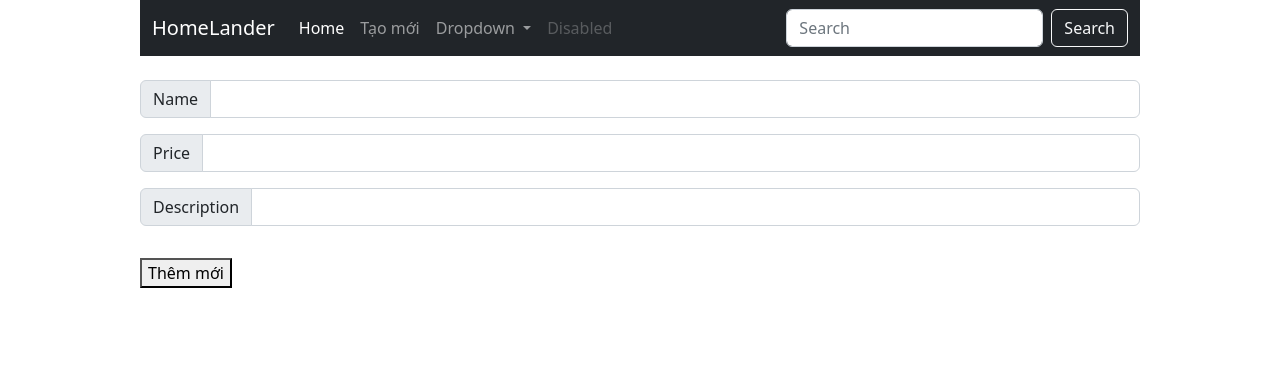
Repository: nguyenhung50497/MD3_CRUD-2Table
Page: src/views/create.html
An editor plug-in stored every save of this project. The page is shown before and after a run of saves, followed by the edit.
The browser window is 1280 px wide. The pictures show the whole page.

Above is the page before, as saved 2022-12-28 15:36:01.

### src/views/create.html
<!doctype html>
<html lang="en">
  <head>
    <meta charset="utf-8">
    <meta name="viewport" content="width=device-width, initial-scale=1">
    <title>Home</title>
    <link href="https://cdn.jsdelivr.net/npm/bootstrap@5.2.3/dist/css/bootstrap.min.css" rel="stylesheet" integrity="sha384-rbsA2VBKQhggwzxH7pPCaAqO46MgnOM80zW1RWuH61DGLwZJEdK2Kadq2F9CUG65" crossorigin="anonymous">
  </head>
  <body>
    <div class="container" style="width: 80%;">
      <nav class="navbar navbar-dark bg-dark navbar-expand-lg">
        <div class="container-fluid">
          <a class="navbar-brand" href="/home">HomeLander</a>
          <button class="navbar-toggler" type="button" data-bs-toggle="collapse" data-bs-target="#navbarSupportedContent" aria-controls="navbarSupportedContent" aria-expanded="false" aria-label="Toggle navigation">
            <span class="navbar-toggler-icon"></span>
          </button>
          <div class="collapse navbar-collapse" id="navbarSupportedContent">
            <ul class="navbar-nav me-auto mb-2 mb-lg-0">
              <li class="nav-item">
                <a class="nav-link active" aria-current="page" href="/home">Home</a>
              </li>
              <li class="nav-item">
                <a class="nav-link" href="/create">Tạo mới</a>
              </li>
              <li class="nav-item dropdown">
                <a class="nav-link dropdown-toggle" href="#" role="button" data-bs-toggle="dropdown" aria-expanded="false">
                  Dropdown
                </a>
                <ul class="dropdown-menu">
                  <li><a class="dropdown-item" href="#">Action</a></li>
                  <li><a class="dropdown-item" href="#">Another action</a></li>
                  <li><hr class="dropdown-divider"></li>
                  <li><a class="dropdown-item" href="#">Something else here</a></li>
                </ul>
              </li>
              <li class="nav-item">
                <a class="nav-link disabled">Disabled</a>
              </li>
            </ul>
            <form class="d-flex" role="search" method="post">
              <input class="form-control me-2" name="search" type="search" placeholder="Search" aria-label="Search">
              <button class="btn btn-outline-light" type="submit">Search</button>
            </form>
          </div>
        </div>
      </nav>
      <br>
      <form action="/create" method="post">
        <div class="input-group mb-3">
          <span class="input-group-text" id="inputGroup-sizing-default">Name</span>
          <input type="text" name="name" class="form-control" aria-label="Sizing example input" aria-describedby="inputGroup-sizing-default">
        </div>
        <div class="input-group mb-3">
          <span class="input-group-text" id="inputGroup-sizing-default">Price</span>
          <input type="text" name="price" class="form-control" aria-label="Sizing example input" aria-describedby="inputGroup-sizing-default">
        </div>
        <div class="input-group mb-3">
          <span class="input-group-text" id="inputGroup-sizing-default">Description</span>
          <input type="text" name="description" class="form-control" aria-label="Sizing example input" aria-describedby="inputGroup-sizing-default">
        </div>
        <div class="input-group mb-3">

        </div>
        <button type="submit">Thêm mới</button>
    </form>
    </div>
    <script src="https://cdn.jsdelivr.net/npm/bootstrap@5.2.3/dist/js/bootstrap.bundle.min.js" integrity="sha384-kenU1KFdBIe4zVF0s0G1M5b4hcpxyD9F7jL+jjXkk+Q2h455rYXK/7HAuoJl+0I4" crossorigin="anonymous"></script>
  </body>
</html>

After the next 3 saves:
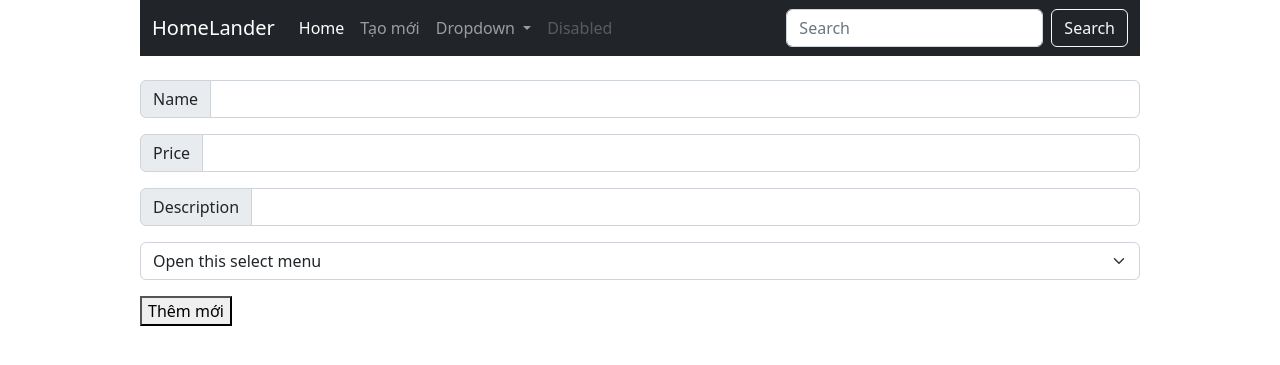
The 3 saves are shown as one change because they came seconds apart.
The last was saved 42 s later.
--- a/src/views/create.html
+++ b/src/views/create.html
@@ -59,7 +59,12 @@
           <input type="text" name="description" class="form-control" aria-label="Sizing example input" aria-describedby="inputGroup-sizing-default">
         </div>
         <div class="input-group mb-3">
-
+          <select class="form-select" aria-label="Default select example">
+            <option selected>Open this select menu</option>
+            <option value="1">1</option>
+            <option value="2">2</option>
+            <option value="3">Three</option>
+          </select>
         </div>
         <button type="submit">Thêm mới</button>
     </form>
